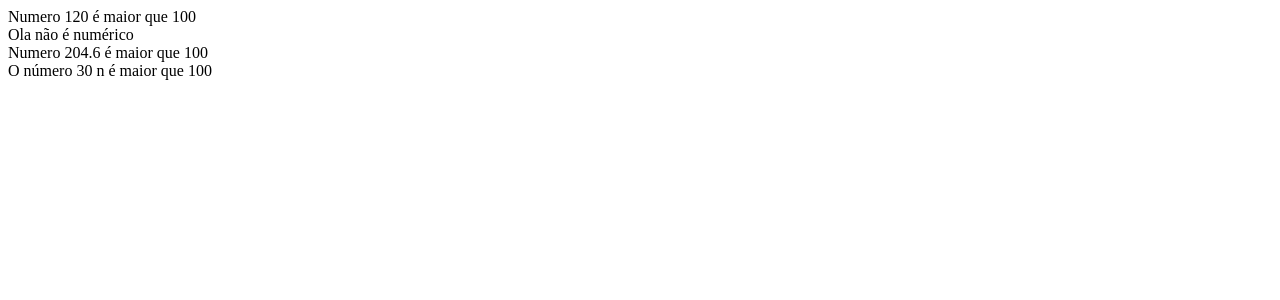
Repository: YuriSarmanho/PHPcourse
Page: http://localhost/6_estruturaControle/9_exercicio25/index.php
These files come from the project's save history. The page is drawn as it stood at one moment and after a run of saves; the edit follows.
The browser window is 1280 px wide. The pictures show the whole page.
The page is run by PHP 8.4 with error messages shown; the project is at /var/www/html/.

Above is the page before, as saved 2022-08-06 21:23:12.

### 6_estruturaControle/9_exercicio25/index.php
<?php

function isHighThen100($var)
{
    if (is_int($var) || is_float($var)) {
        $mult = $var * 2;
        // echo $mult;
        if ($mult > 100) {
            echo "Numero $mult é maior que 100 <br>";
        }else{
            echo "O número $mult n é maior que 100 <br>";
        }
    }else{
        echo "$var não é numérico <br>";
    }
}


isHighThen100(60);
isHighThen100("Ola");
isHighThen100(102.3);
isHighThen100(15);

After the next 2 saves:
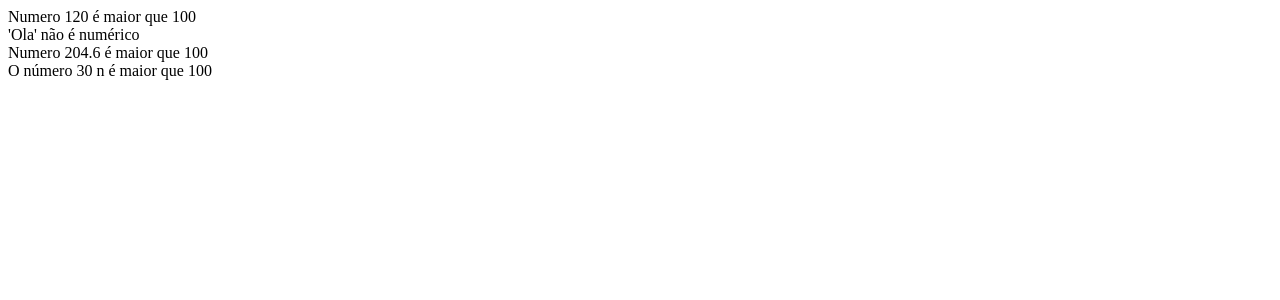
The 2 saves are shown as one change because they came seconds apart.
The last was saved 10 s later.
--- a/6_estruturaControle/9_exercicio25/index.php
+++ b/6_estruturaControle/9_exercicio25/index.php
@@ -11,7 +11,7 @@ function isHighThen100($var)
             echo "O número $mult n é maior que 100 <br>";
         }
     }else{
-        echo "$var não é numérico <br>";
+        echo "'$var' não é numérico <br>";
     }
 }
 
